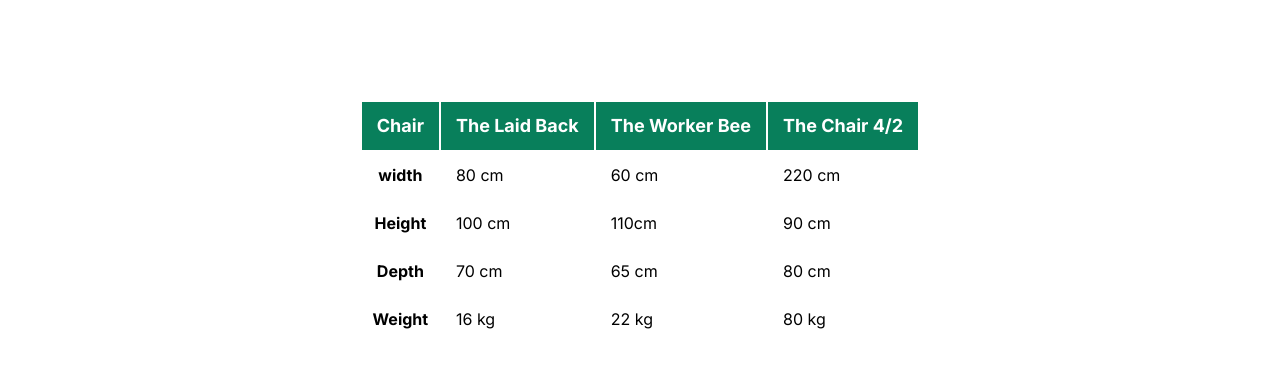
Repository: Ahmed123rezk123/06-Components
Page: table.html
The author's editor kept a copy of each file at every save. The page is drawn from the files as they stood at one save, then again after the next save.
The browser window is 1280 px wide. The pictures show the whole page.

Above is the page before, as saved 2024-09-16 09:34:34.

### table.html
<!DOCTYPE html>
<html lang="en">
  <head>
    <meta charset="UTF-8" />
    <meta name="viewport" content="width=device-width, initial-scale=1.0" />
    <link rel="preconnect" href="https://fonts.gstatic.com" />
    <link
      href="https://fonts.googleapis.com/css2?family=Inter:wght@400;500;700&display=swap"
      rel="stylesheet"
    />
    <style>
      * {
        margin: 0;
        padding: 0;
        box-sizing: border-box;
      }

      body {
        font-family: "Inter", sans-serif;
        /* color: #343a40;
        background-color: #f8f9fa; */
        line-height: 1;
        display: flex;
        justify-content: center;
      }
      table {
        margin: 100px auto;
        /* width: 700px; */
        ta
      }
      thead {
        background-color: #087f5b;
        color: #fff;
        font-size: 18px;
        font-weight: 500;
      }
      thead th {
        padding: 15px;
      }
      tbody {
      }

      tbody tr td {
        padding: 15px;
      }
    </style>
    <title>Table</title>
  </head>
  <body>
    <table>
      <thead>
        <tr>
          <th>Chair</th>
          <th>The Laid Back</th>
          <th>The Worker Bee</th>
          <th>The Chair 4/2</th>
        </tr>
      </thead>
      <tbody>
        <tr>
          <th>width</th>
          <td>80 cm</td>
          <td>60 cm</td>
          <td>220 cm</td>
        </tr>
        <tr>
          <th>Height</th>
          <td>100 cm</td>
          <td>110cm</td>
          <td>90 cm</td>
        </tr>
        <tr>
          <th>Depth</th>
          <td>70 cm</td>
          <td>65 cm</td>
          <td>80 cm</td>
        </tr>

        <tr>
          <th>Weight</th>
          <td>16 kg</td>
          <td>22 kg</td>
          <td>80 kg</td>
        </tr>
      </tbody>
    </table>
  </body>
</html>

After the next save:
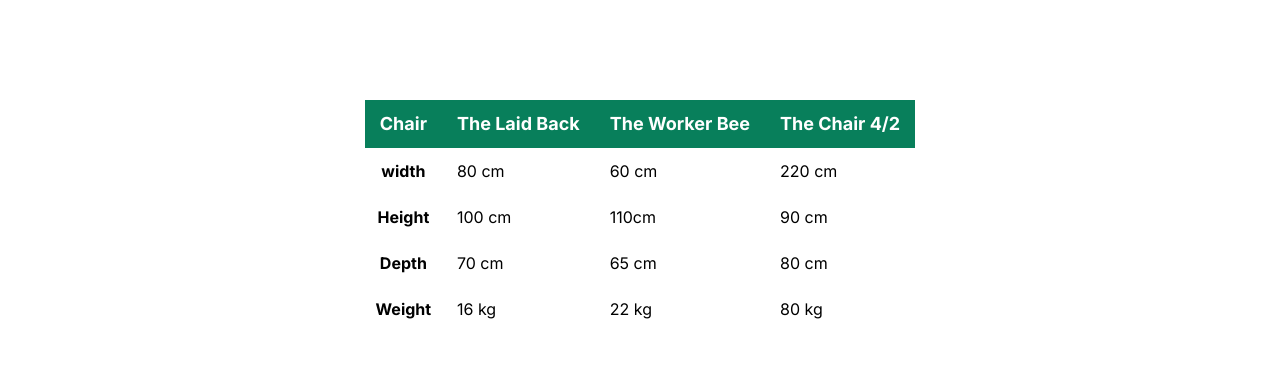
Saved 15 s later.
--- a/table.html
+++ b/table.html
@@ -26,7 +26,7 @@
       table {
         margin: 100px auto;
         /* width: 700px; */
-        ta
+        border-collapse: collapse;
       }
       thead {
         background-color: #087f5b;
